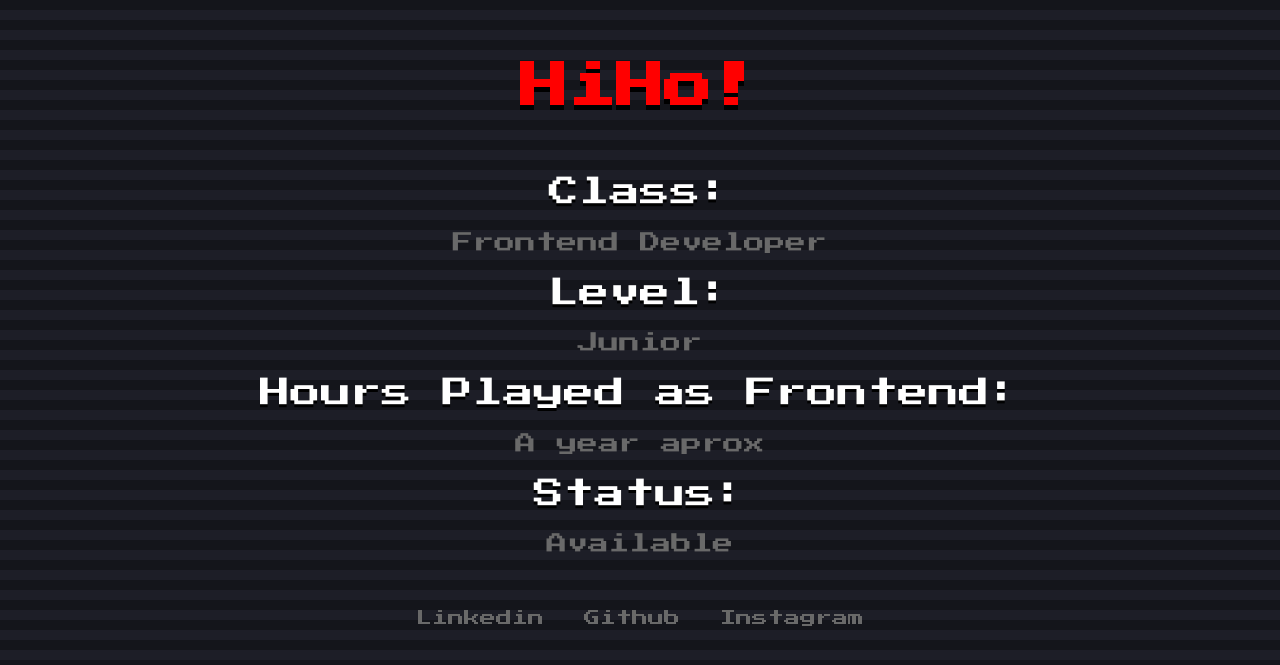
Repository: sernalab/soon
Page: index.html
An editor plug-in stored every save of this project. The page is shown before and after the next save, followed by the edit.
The browser window is 1280 px wide. The pictures show the whole page.
The pointer rests on the first visible `a`.

Above is the page before, as saved 2018-12-27 00:57:21.

After the next save:
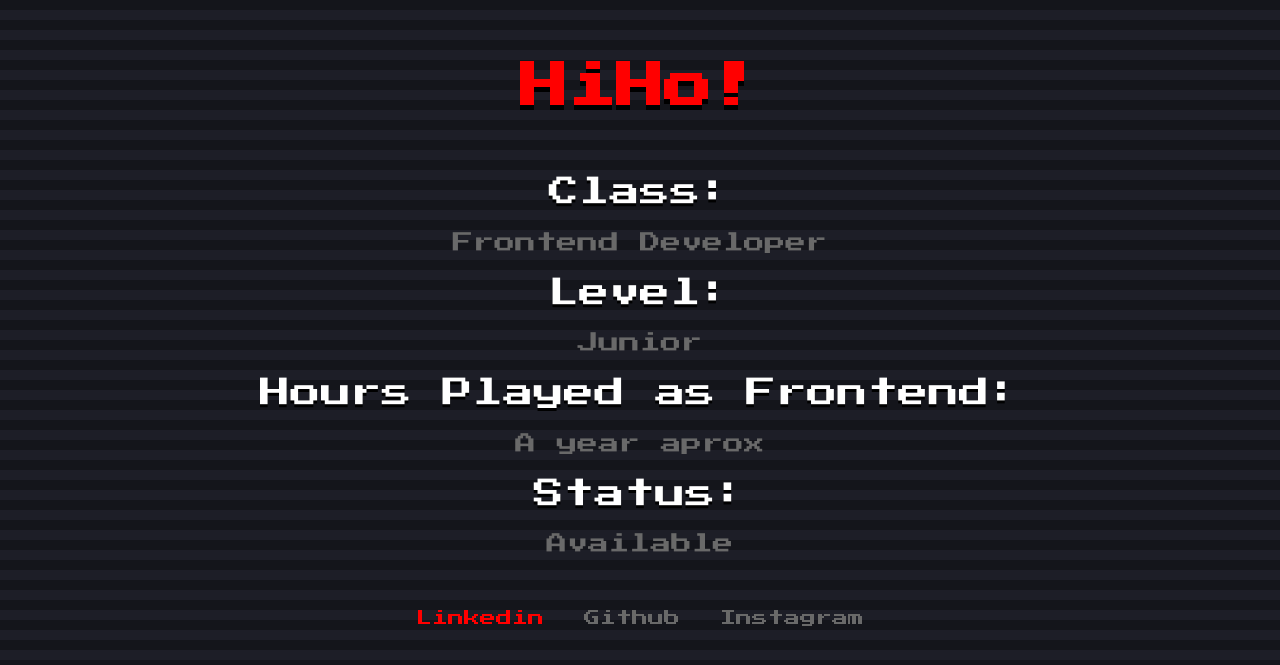
Saved 32 s later.
--- a/css/styles.css
+++ b/css/styles.css
@@ -471,3 +471,8 @@ a {
     text-decoration: none;
     color: dimgray;
 }
+
+a:hover {
+    text-decoration: none;
+    color: red;
+}
